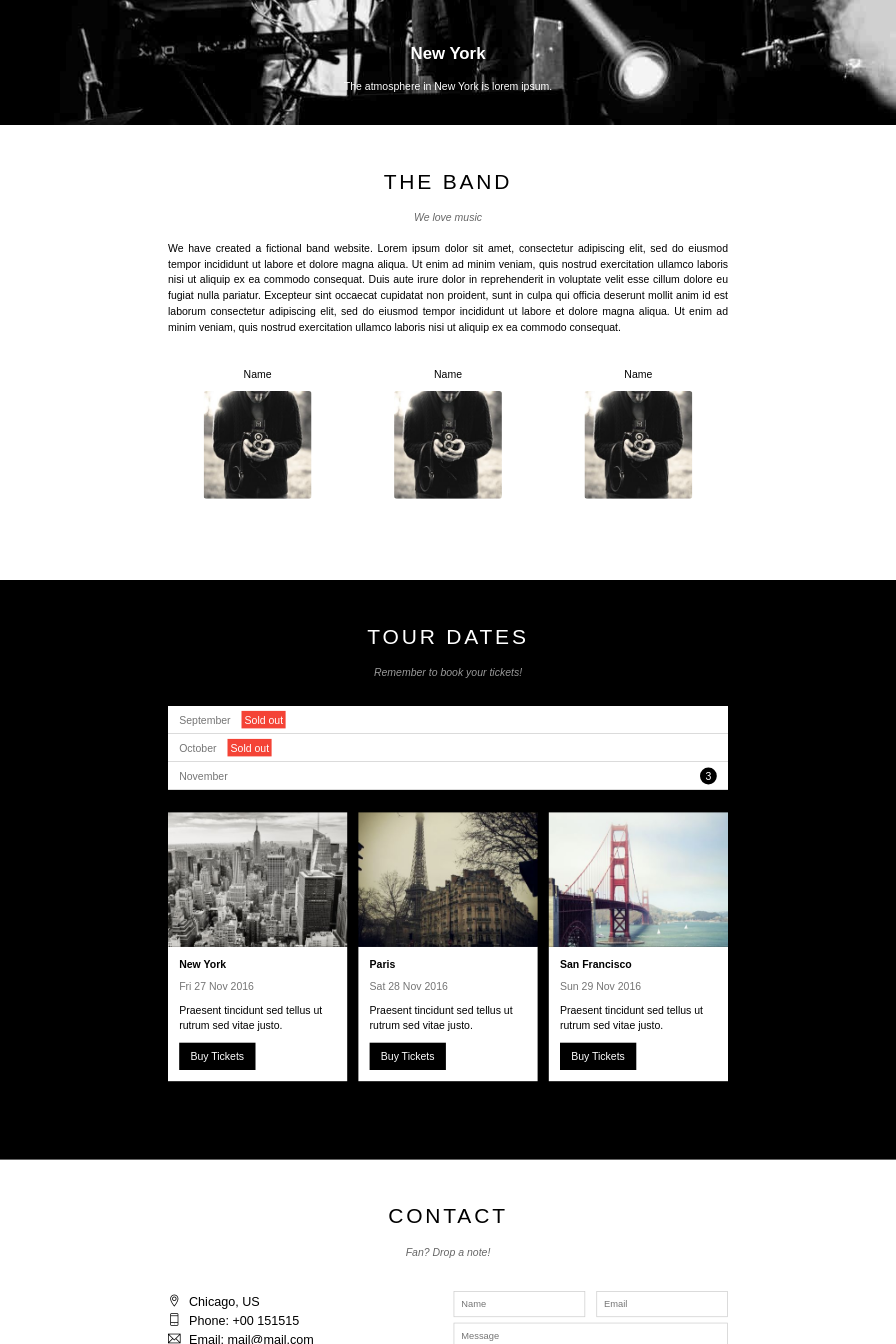
Repository: maivannhan1998/git-w3band
Page: index.html
The author's editor kept a copy of each file at every save. The page is drawn from the files as they stood at one save, then again after the next save.
The browser window is 1280 px wide. The pictures show the part of the page from y = 461 to 2381 px (the page is 3449 px tall), at 70% of full size.

Above is the page before, as saved 2021-09-06 09:00:46.

### index.html
<!DOCTYPE html>
<html lang="en">
<head>
    <meta charset="UTF-8">
    <meta http-equiv="X-UA-Compatible" content="IE=edge">
    <meta name="viewport" content="width=device-width, initial-scale=1.0">
    <title>Document</title>
    <link rel="stylesheet" href="./asset/css/style.css">
    <link rel="stylesheet" href="./asset/fontss/themify-icons/themify-icons.css">
</head>
<body>
    <div id="main">
        <div id="header">
            <!-- Begin: nav -->
            <ul id="nav">
                <li><a href="">Home</a></li>
                <li><a href="">Tour</a></li>
                <li><a href="">Band</a></li>
                <li><a href="">Contact</a></li>
                <li><a href="">
                    More
                    <i class="nav-arrow-down ti-angle-down"></i>
                </a>
                    <ul class="subnav">
                        <li><a href="">Merchandise</a></li>
                        <li><a href="">Extras</a></li>
                        <li><a href="">Media</a></li>
                    </ul>
                </li>
            </ul>
            <!-- End: nav -->

            <!-- Begin: Search button -->
            <div class="search-btn">
                <i class="search-icon ti-search"></i>
            </div>
            <!-- End: Search button -->


        </div>

        <div id="slider">
            <div class="text-content">
                <h2 class="text-heading">New York</h2>
                <div class="text-des">The atmosphere in New York is lorem ipsum.</div>
            </div>
        </div>

        <div id="content">
            <!-- About section -->
            <div class="content-section">
                <h2 class="heading-section">THE BAND</h2>
                <p class="heading-sub-section">We love music</p>
                <p class="about-text">We have created a fictional band website. Lorem ipsum dolor sit amet, consectetur adipiscing elit, sed do eiusmod tempor incididunt ut labore et dolore magna aliqua. Ut enim ad minim veniam, quis nostrud exercitation ullamco laboris nisi ut aliquip ex ea commodo consequat. Duis aute irure dolor in reprehenderit in voluptate velit esse cillum dolore eu fugiat nulla pariatur. Excepteur sint occaecat cupidatat non proident, sunt in culpa qui officia deserunt mollit anim id est laborum consectetur adipiscing elit, sed do eiusmod tempor incididunt ut labore et dolore magna aliqua. Ut enim ad minim veniam, quis nostrud exercitation ullamco laboris nisi ut aliquip ex ea commodo consequat.</p>
                <div class="row members-list">
                    <div class="col col-third text-center">
                         <p class="member-name">Name</p>
                         <img src="/asset/img/band/member1.jpg" alt="Name" class="member-img">
                    </div>
                    <div class="col col-third text-center">
                        <p class="member-name">Name</p>
                        <img src="/asset/img/band/member1.jpg" alt="Name" class="member-img">
                   </div>
                   <div class="col col-third text-center">
                        <p class="member-name">Name</p>
                        <img src="/asset/img/band/member1.jpg" alt="Name" class="member-img">
                    </div>


                </div>
            </div>

            <!--Tour section  -->
            <div class="tour-section">

                <div class="content-section">
                    <h2 class="heading-section text-white">TOUR DATES</h2>
                    <p class="heading-sub-section text-white">Remember to book your tickets!</p>
                    <ul class="tickets-list">
                        <li>September<span class="sold-out">Sold out</span></li>
                        <li>October<span class="sold-out">Sold out</span></li>
                        <li>November<span class="quanity">3</span></li>
                    </ul>

                    <!-- Place section -->
                    <div class="row places-list">
                        <div class="col col-third ">
                            <img src="/asset/img/places/newyork.jpg" alt="New York" class="place-img">
                            <div class="place-content">
                                <h3 class="place-heading">New York</h3>
                                <p class="place-time">Fri 27 Nov 2016</p>
                                <p class="place-des">Praesent tincidunt sed tellus ut rutrum sed vitae justo.</p>
                                <a href="#" class="place-buy-btn">Buy Tickets</a>
                            </div>
                        </div>

                        <div class=" col col-third ">
                            <img src="/asset/img/places/paris.jpg" alt="Paris" class="place-img">
                            <div class="place-content">
                                <h3 class="place-heading">Paris</h3>
                                <p class="place-time">Sat 28 Nov 2016</p>
                                <p class="place-des">Praesent tincidunt sed tellus ut rutrum sed vitae justo.</p>
                                <a href="#" class="place-buy-btn">Buy Tickets</a>
                            </div>
                        </div>

                        <div class=" col col-third ">
                            <img src="/asset/img/places/sanfran.jpg" alt="San Francisco" class="place-img">
                            <div class="place-content">
                                <h3 class="place-heading">San Francisco</h3>
                                <p class="place-time">Sun 29 Nov 2016</p>
                                <p class="place-des">Praesent tincidunt sed tellus ut rutrum sed vitae justo.</p>
                                <a href="#" class="place-buy-btn">Buy Tickets</a>
                            </div>
                        </div>


                    </div>
                </div>


            </div>

            <!-- Contact section -->

            <div class="content-section">
                <h2 class="heading-section">CONTACT</h2>
                <p class="heading-sub-section">Fan? Drop a note!</p>


                <div class="row contact-content">
                    <div class="col col-half contact-info">
                           <p><i class="ti-location-pin"></i>Chicago, US</p>
                           <p><i class="ti-mobile"></i>Phone: +00 151515</p>
                           <p><i class="ti-email"></i>Email: mail@mail.com</p>
                    </div>
                    <div class="col col-half contact-form">
                        <form action="">
                            <div class="row">
                                   <div class="col col-half">
                                       <input type="text" name="" placeholder="Name" required  id="contact-name" class="form-control">
                                   </div>
                                   <div class="col col-half">
                                       <input type="email" name="" placeholder="Email" required id="contact-email" class="form-control">
                                   </div>
                                   <!-- <div class="clear"></div> -->
                            </div>
                            <div class="row mt-8">
                               <div class="col col-full">
                                   <input type="text" name="" placeholder="Message" id="contact-message" required class="form-control">
                               </div>
                            </div>
                            <input class="form-submit-btn mt-16" type="submit" value="SEND">

                        </form>
                    </div>
                </div>
            </div>

            <!-- End contact section -->

            <div class="map-section">
                <img src="./asset/img/map.jpg" alt="Map">
            </div>



        </div>

        <div id="footer">
            <div class="social-list">
                <a href=""><i class="ti-facebook"></i></a>
                <a href=""><i class="ti-instagram"></i></a>
                <a href=""><i class="ti-github"></i></a>
                <a href=""><i class="ti-pinterest"></i></a>
                <a href=""><i class="ti-twitter"></i></a>
                <a href=""><i class="ti-linkedin"></i></a>
            </div>
            <p class="copyright">Powered by <a href="">w3.css</a></p>
        </div>
    </div>

    <div class="modal">
        <div class="modal-container">

        </div>
    </div>

</body>
</html>

### asset/css/style.css
/* Reset CSS*/
*{
    padding: 0;
    margin: 0;
    box-sizing: border-box;
}

/* common */

.row {
    margin-left: -8px;
    margin-right: -8px;
}

.row::after {
    content: "";
    display: block;
    clear: both;
}

.col {
    float: left;
    padding-left: 8px;
    padding-right: 8px;
}

.col-third {
    width: 33.33333%;
}

.col-half {
    width: 50%;
}

.col-full {
    width: 100%;
}

.text-center {
    text-align: center !important;
}

.clear {
    clear: both;
}

.text-white {
    color: #fff !important;
}

.mt-8 {
    margin-top: 8px;
}

.mt-16 {
    margin-top: 16px;
}

html{
    font-family: Arial, Helvetica, sans-serif;

}

#main{

}

#header{
    position: fixed;
    top: 0;
    left: 0;
    right: 0;
    height: 46px;
    background-color: #000;
    z-index: 1;
}

#nav {
    display: inline-block ;
}

#nav, .subnav {
    list-style-type: none;
}

#nav > li {
    display: inline-block;
}

#nav li{
    position: relative;

}

#nav > li > a {
    color: #fff;
    text-transform: uppercase;
}

#nav li a {
    padding: 0 24px;
    line-height: 46px;
    display: block;
    text-decoration: none;
}
#nav .subnav li:hover a,
#nav > li:hover > a {
    color: #000;
    background-color: #ccc;
}

#nav .subnav {
    display: none;
    position: absolute;
    top: 100%;
    left: 0;
    min-width: 160px;
    background-color: #fff;
    box-shadow: 0 0 10px rgba(0, 0, 0, 0.3);
}

#nav .subnav a {
    color: #000;
    background-color: #fff;
    padding: 0 12px;
    line-height: 38px;

}

#nav li:hover .subnav {
    display: block;
}

.nav-arrow-down {
    font-size: 14px;
}

#header .search-btn {
    float: right;
    padding: 0px 21px;

}

#header .search-btn:hover {
    cursor: pointer;
    background-color: #f44336;
}

#header .search-icon {
    color: #fff;
    font-size: 20px;
    line-height: 46px;
}

#slider{
   /* margin-top: 46px; */
   /* chỉ số % chiều ngang của chính nó (chiều cao lun bằng 1/2 chiều ngang) */
   position: relative;
   padding-top: 50%;
   background: url('/asset/img/slider/slider1.jpg') top center / cover no-repeat;
}

#slider .text-content {
    position: absolute;
    bottom: 47px;
    color: #fff;
    width: 100%;
    /* left: 50%;
   transform: translateX(-50%); */
   text-align: center;

}

#sider .text-heading {
    font-weight: 500;
    font-size: 24px;
}

#slider .text-des {
    font-size: 15px;
    margin-top: 25px;
}

#content{

}

#content .content-section {
    width: 800px;
   padding: 64px 0 112px;
   margin-left: auto;
   margin-right: auto;

}

#content .heading-section {
    text-align: center;
    font-size: 30px;
    font-weight: 500;
    letter-spacing: 4px;
}

#content .heading-sub-section {
    text-align: center;
    font-size: 15px;
    margin-top: 25px;
    font-style: italic;
    opacity: 0.6;
}

#content .about-text {
    margin-top: 25px;
    text-align: justify;
    font-size: 15px;
    line-height: 1.5;
}

#content .members-list {
    margin-top: 48px;
}



#content .member-name {
    font-size: 15px;
}

#content .member-img {
    width: 154px;
    margin-top: 15px ;
    border-radius: 4px;

}

/* tour section */

.tour-section {
    background-color: #000;
}

.tickets-list {
    margin-top: 40px;
    list-style-type: none;
    background-color: #fff;

}

.tickets-list li {
    color: #757575;
    font-size: 15px;
    padding: 11px 16px;
    border-bottom: 1px solid #ccc;
}

.tickets-list .sold-out {
    color: #fff;
    background-color: #f44336;
    padding: 4px 4px;
    margin-left: 16px;
}

.tickets-list .quanity {
    float: right;
    color: #fff;
    background-color: #000;
    width: 24px;
    height: 24px;
    border-radius: 50%;
    text-align: center;
    margin-top: -3px;
    line-height: 24px;
}

.places-list {
    margin-top: 32px;

}

.place-img{
    width: 100%;
    display: block;
}

.place-img:hover {
    opacity: 0.6;
}

.place-content{
background-color: #fff;
padding: 16px;
font-size: 15px;
}

.place-heading{
    font-size: 15px;
}

.place-time{
    margin-top: 15px;
    color: #757575;
}

.place-des{
    margin: 15px 0;
    line-height: 1.4;
}

.place-buy-btn{
    color: #fff;
    background-color: #000;
    text-decoration: none;
    padding: 11px 16px;
    display: inline-block;
}

.place-buy-btn:hover {
    color: #000;
    background-color: #ccc;
}

/* contact form */

.contact-content {
    margin-top: 48px;
}

.contact-info {
    font-size: 18px;
}

.contact-info i[class*="ti-"]{
    width: 30px;
    display: inline-block;
    line-height: 1.5;
}

.contact-form {
    font-size: 15px;
}

.contact-form .form-control {
    padding: 10px;
    border: 1px solid #ccc;
    width: 100%;
}

.form-submit-btn {
    padding: 10px 16px;
    float: right;
    color: #fff;
    background: #000;
    border: none;
}

.form-submit-btn:hover {
    color: #000;
    background-color: #ccc;
}

.map-section img {
    width: 100%;
}

/* Footer section */

#footer{
    padding: 64px 16px;
    text-align: center;
}

#footer .social-list {
    font-size: 24px;
}

#footer .social-list a {
    color: rgba(0, 0, 0, 0.6);
    text-decoration: none;
}
#footer .copyright a:hover,
#footer .social-list a:hover {
    color: rgba(0, 0, 0, 0.4);
}
#footer .copyright a {
    margin-top: 15px;
    color: rgba(0, 0, 0, 0.6);
}

Loaded but not shown: asset/fontss/themify-icons/themify-icons.css (common file)

After the next save:
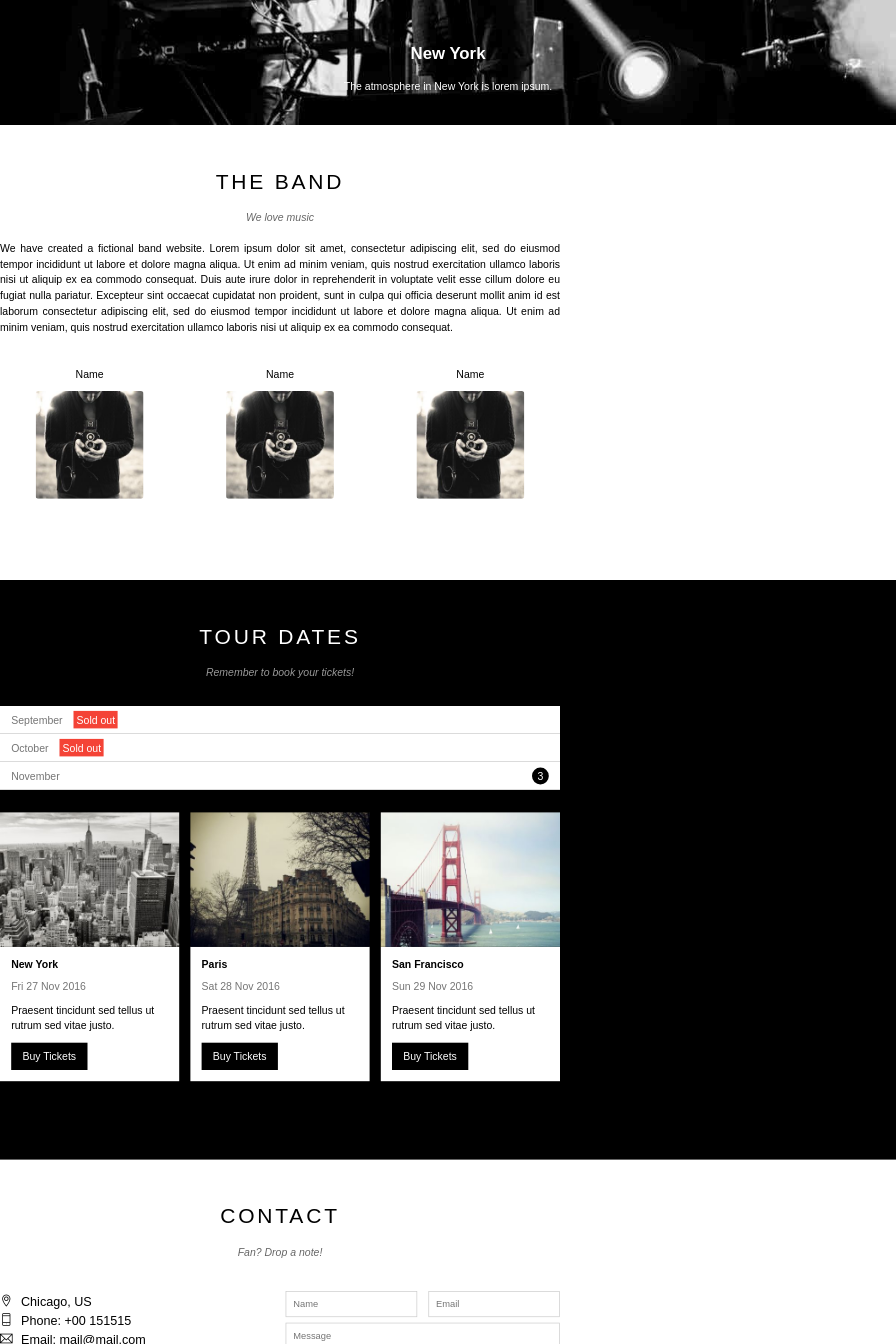
Saved 3 min 38 s later.
--- a/asset/css/style.css
+++ b/asset/css/style.css
@@ -188,8 +188,8 @@
 #content .content-section {
     width: 800px;
    padding: 64px 0 112px;
-   margin-left: auto;
-   margin-right: auto;
+   /* margin-left: auto;
+   margin-right: auto; */
 
 }
 

After the save that followed:
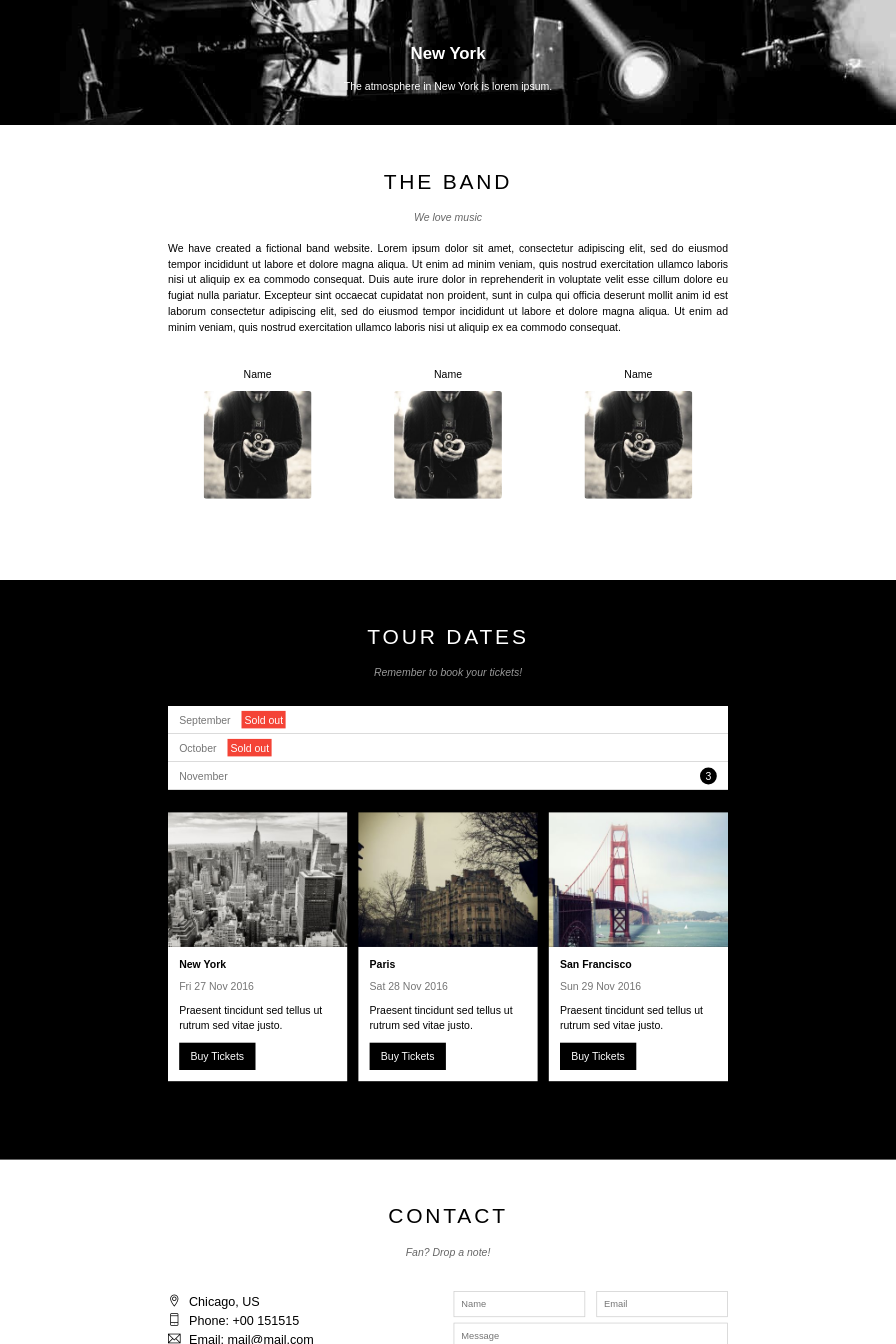
Saved 17 s later.
--- a/asset/css/style.css
+++ b/asset/css/style.css
@@ -188,8 +188,8 @@
 #content .content-section {
     width: 800px;
    padding: 64px 0 112px;
-   /* margin-left: auto;
-   margin-right: auto; */
+   margin-left: auto;
+   margin-right: auto;
 
 }
 
